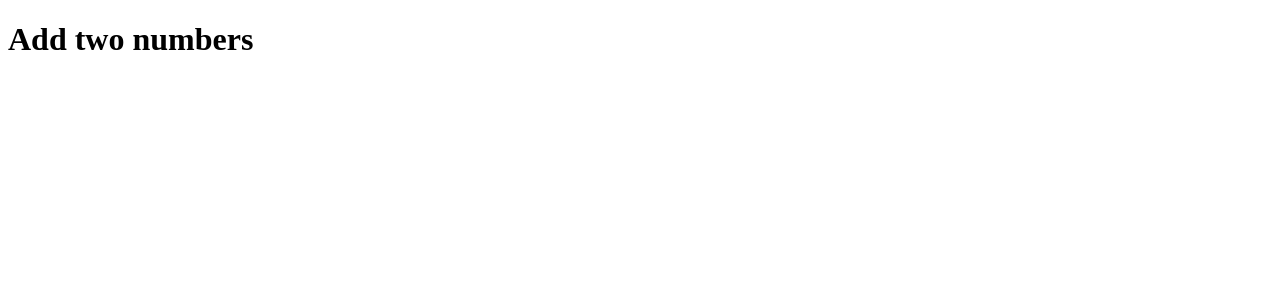
Repository: SangeethaShetty1990/Test
Page: JspExample1/WebContent/Add.html
The author's editor kept a copy of each file at every save. The page is drawn from the files as they stood at one save, then again after the next save.
The browser window is 1280 px wide. The pictures show the whole page.

Above is the page before, as saved 2020-01-11 04:38:08.

### JspExample1/WebContent/Add.html
<!DOCTYPE html>
<html>
<head>
<meta charset="ISO-8859-1">
<title>Insert title here</title>
</head>
<body>
<h1>Add two numbers</h1>
</body>
</html>

After the next save:
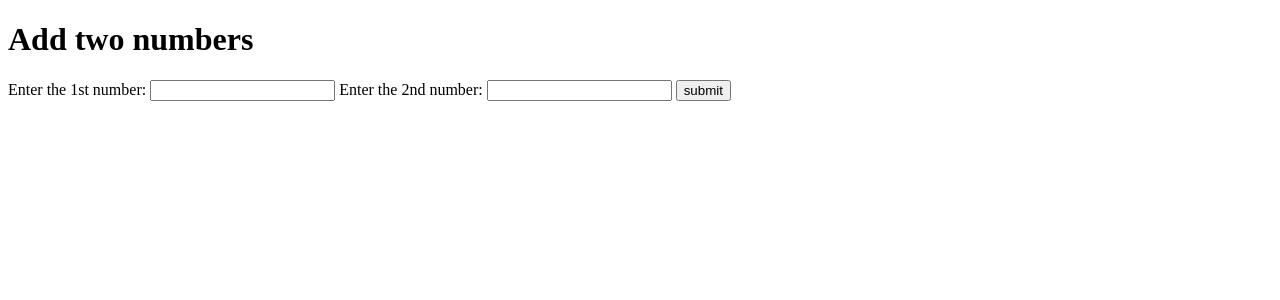
Saved 2 min 41 s later.
--- a/JspExample1/WebContent/Add.html
+++ b/JspExample1/WebContent/Add.html
@@ -5,6 +5,11 @@
 <title>Insert title here</title>
 </head>
 <body>
+<form action ="add">
 <h1>Add two numbers</h1>
+Enter the 1st number: <input type ="text" name="num1">
+Enter the 2nd number: <input type ="text" name="num2">
+<input type="submit" value= "submit">
+</form>
 </body>
 </html>
